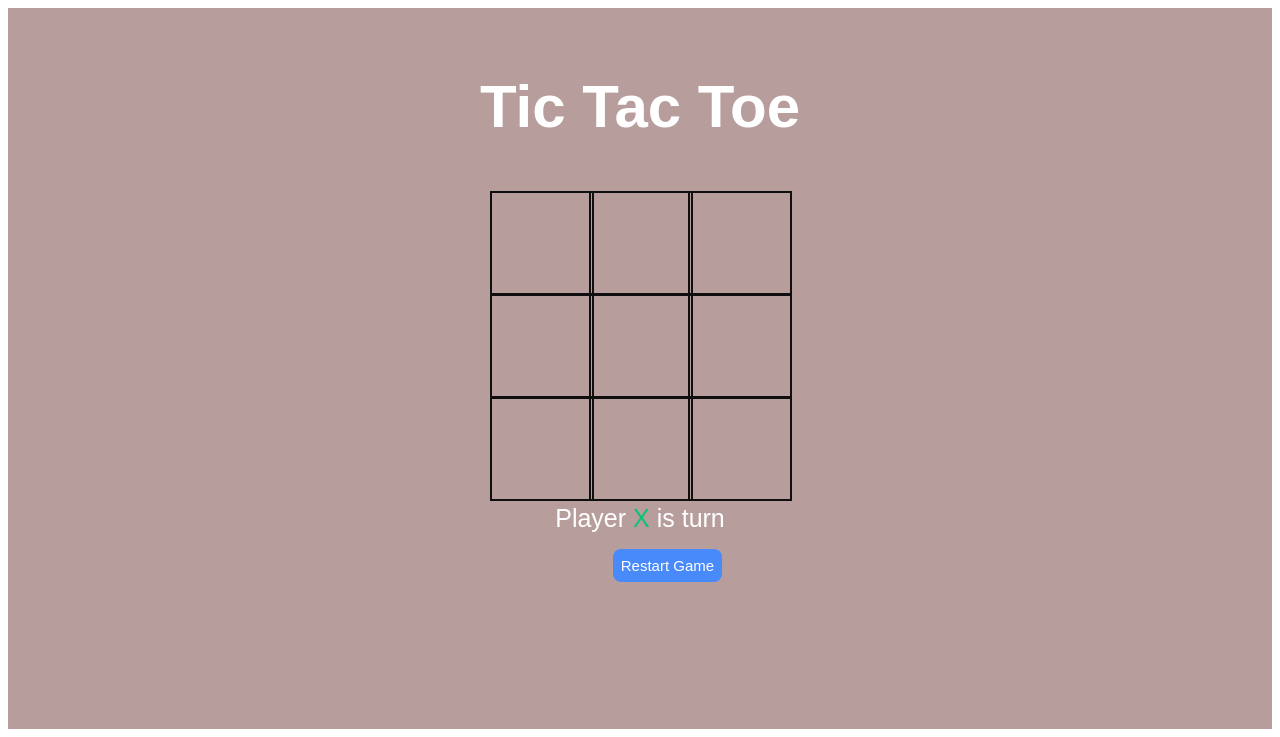
Repository: sedashahnazaryan/tic-tac-too
Page: index.html
These files come from the project's save history. The page is drawn as it stood at one moment and after a run of saves; the edit follows.
The browser window is 1280 px wide. The pictures show the whole page.

Above is the page before, as saved 2022-02-01 21:09:58.

After the next 3 saves:
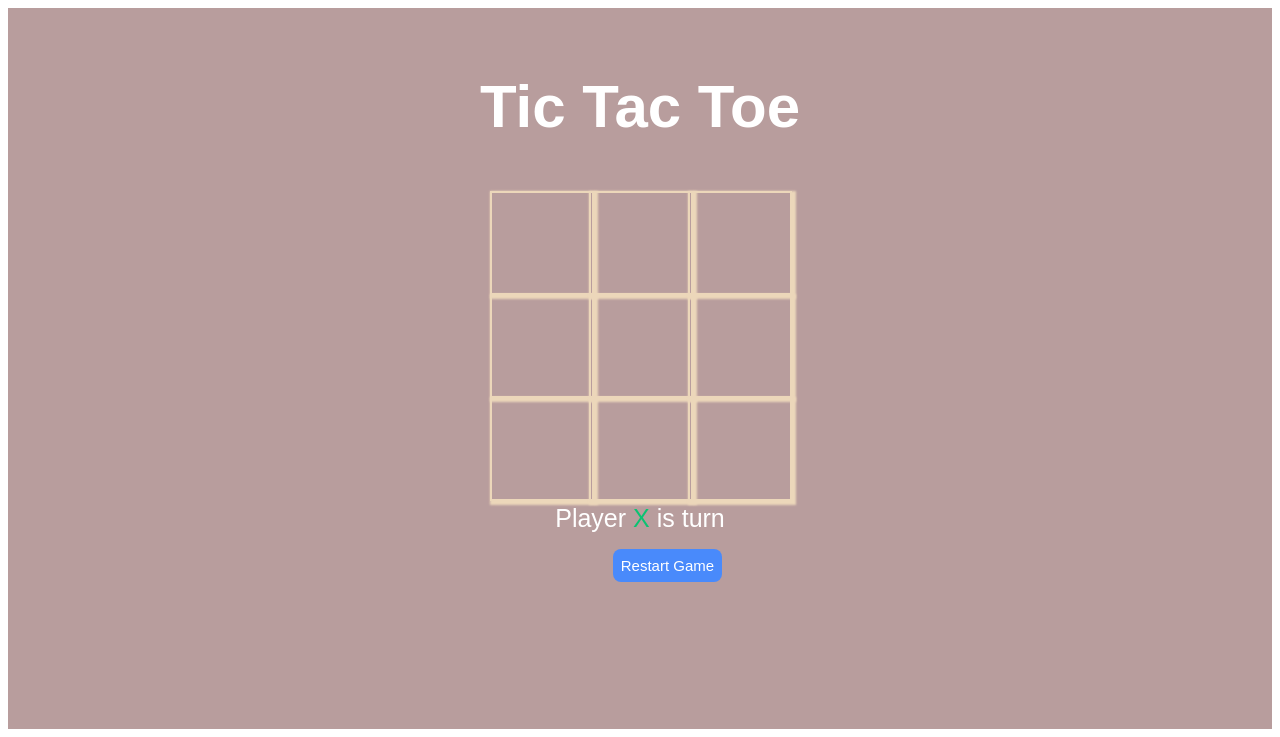
The 3 saves are shown as one change because they came seconds apart.
The last was saved 30 min 41 s later.
--- a/index.css
+++ b/index.css
@@ -36,14 +36,23 @@
 
 }
 .tile {
-    border: 2px solid rgb(15, 15, 15);
+    /* border: 2px solid rgb(15, 15, 15);
     min-width: 100px;
     min-height: 100px;
     display: flex;
     justify-content: center;
     align-items: center;
     font-size: 50px;
+    cursor: pointer; */
+    lari danielyan21:39
+ font-family:  cursive;
+    width: 100px;
+    height: 100px;
+    box-shadow: 2px 2px 2px 2px  #ecd7ba;
+    border: 2px solid #ecd7ba;
     cursor: pointer;
+    line-height: 100px;
+    font-size: 60px;
 }
 .playerX {
     color: #09C372;
